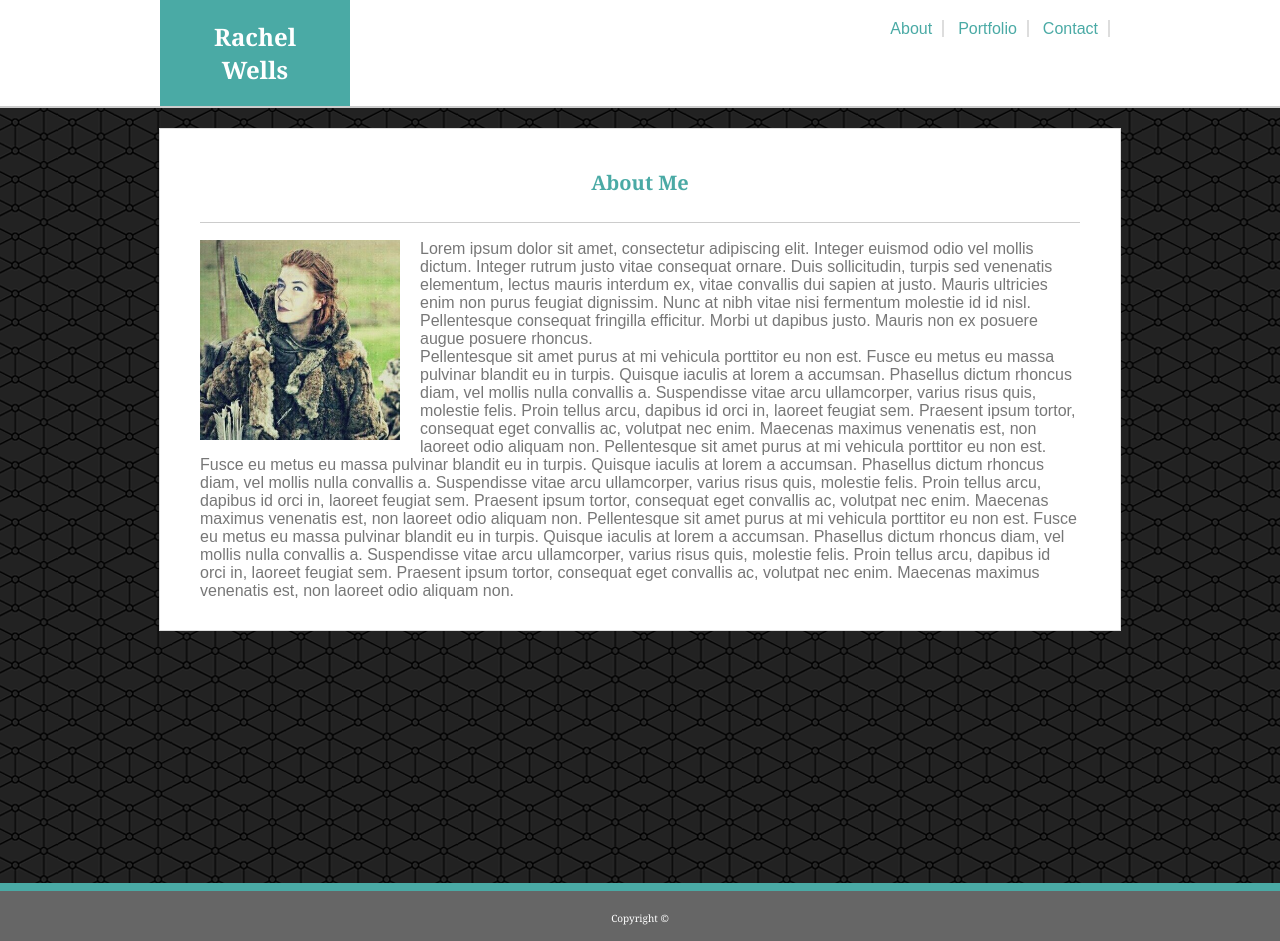
Repository: rachelsue/Responsive-Portfolio
Page: index.html
An editor plug-in stored every save of this project. The page is shown before and after a run of saves, followed by the edit.
The browser window is 1280 px wide. The pictures show the whole page.

Above is the page before, as saved 2018-12-10 21:13:33.

### index.html
<!DOCTYPE html>
<html lang="en">

<head>
    <meta charset="UTF-8">
    <meta name="viewport" content="width=device-width, initial-scale=1.0">
    <meta http-equiv="X-UA-Compatible" content="ie=edge">
    <meta name="viewport" content="width=device-width, initial-scale=1.0">
    <link rel="stylesheet" href="../Responsive-Portfolio/assets/css/style.css">
    <title>Bio</title>
</head>

<body>
    <!-- Name & Navigation -->
    <header>
        <section class="top cf">
            <div class="name">
                <h1 class="Rachel">Rachel Wells</h1>
            </div>

            <nav class="nav">
                <ul>
                    <li class="nav-li"><a href="index.html">About</a></li>
                    <li class="nav-li"><a href="portfolio.html">Portfolio</a></li>
                    <li class="nav-li"><a href="contact.html">Contact</a></li>
                </ul>
            </nav>
        </section>
    </header>

    <section class="background">
        <div class="container">
            <div class="content">

                <!-- Bio -->
                <h2>About Me</h2>
                <hr>

                <img class="bio-pic" src="/Users/rachelwells/Desktop/code/hw/Basic-Portfolio/assets/images/me.jpg">

                <div class="bio">
                    <p>Lorem ipsum dolor sit amet, consectetur adipiscing elit. Integer euismod odio vel mollis dictum.
                        Integer rutrum justo vitae consequat ornare. Duis sollicitudin, turpis sed venenatis elementum,
                        lectus mauris interdum ex, vitae convallis dui sapien at justo. Mauris ultricies enim non purus
                        feugiat dignissim. Nunc at nibh vitae nisi fermentum molestie id id nisl. Pellentesque
                        consequat fringilla efficitur. Morbi ut dapibus justo. Mauris non ex posuere augue posuere
                        rhoncus.
                    </p>
                    <p>Pellentesque sit amet purus at mi vehicula porttitor eu non est. Fusce eu metus eu massa
                        pulvinar blandit eu in turpis. Quisque iaculis at lorem a accumsan. Phasellus dictum rhoncus
                        diam, vel mollis nulla convallis a. Suspendisse vitae arcu ullamcorper, varius risus quis,
                        molestie felis. Proin tellus arcu, dapibus id orci in, laoreet feugiat sem. Praesent ipsum
                        tortor, consequat eget convallis ac, volutpat nec enim. Maecenas maximus venenatis est, non
                        laoreet odio aliquam non. Pellentesque sit amet purus at mi vehicula porttitor eu non est.
                        Fusce eu metus eu massa
                        pulvinar blandit eu in turpis. Quisque iaculis at lorem a accumsan. Phasellus dictum rhoncus
                        diam, vel mollis nulla convallis a. Suspendisse vitae arcu ullamcorper, varius risus quis,
                        molestie felis. Proin tellus arcu, dapibus id orci in, laoreet feugiat sem. Praesent ipsum
                        tortor, consequat eget convallis ac, volutpat nec enim. Maecenas maximus venenatis est, non
                        laoreet odio aliquam non. Pellentesque sit amet purus at mi vehicula porttitor eu non est.
                        Fusce eu metus eu massa
                        pulvinar blandit eu in turpis. Quisque iaculis at lorem a accumsan. Phasellus dictum rhoncus
                        diam, vel mollis nulla convallis a. Suspendisse vitae arcu ullamcorper, varius risus quis,
                        molestie felis. Proin tellus arcu, dapibus id orci in, laoreet feugiat sem. Praesent ipsum
                        tortor, consequat eget convallis ac, volutpat nec enim. Maecenas maximus venenatis est, non
                        laoreet odio aliquam non.
                    </p>
                </div>
            </div>
        </div>
    </section>

    <!-- Footer -->
    <footer class="footer">
        <p class="copyright">Copyright ©</p>
    </footer>
</body>

</html>

### assets/css/style.css
html, body, div, span, applet, object, iframe,
h1, h2, h3, h4, h5, h6, p, blockquote, pre,
a, abbr, acronym, address, big, cite, code,
del, dfn, em, img, ins, kbd, q, s, samp,
small, strike, strong, sub, sup, tt, var,
b, u, i, center,
dl, dt, dd, ol, ul, li,
fieldset, form, label, legend,
table, caption, tbody, tfoot, thead, tr, th, td,
article, aside, canvas, details, embed,
figure, figcaption, footer, header, hgroup,
menu, nav, output, ruby, section, summary,
time, mark, audio, video {
	margin: 0;
	padding: 0;
	border: 0;
	font-size: 100%;
	font: inherit;
	vertical-align: baseline;
}

header {
    color: #ffffff;
    width:100%;
    margin: 0 auto;
    border-bottom: solid #ccc 2px;
}

html, body {
    height:100%;
    margin:0; /*used for sticky footer*/
}

.background {
    background-image: url(../images/connectwork.png);
    padding: 20px 0 85px;
    margin: 0 auto -50px; /*stick footer*/
    min-height:100%; /*stick footer*/
}

.content {
    padding: 30px 40px 30px 40px;
}

        /*Headers*/

h1 {
    font-size: 24px;
    font-weight: bolder;
    font-family: Georgia, 'Times New Roman', Times, serif;
}

h2 {
    color:#4aaaa5;
    font-weight:bold;
    font-family:Georgia, 'Times New Roman', Times, serif;
    font-size:20px;
    padding:10px;
    text-align: center;
}

        /*Line*/

hr {
    display: block;
    height: 1px;
    border: 0;
    border-top: 1px solid #ccc;
    margin: 1em 0;
    padding: 0;
}

        /*Name*/

.top {
    max-width:960px;
    margin: 0 auto;
}

.name {
    float: left;
}

.Rachel {
    background-color: #4aaaa5;
    padding: 20px;
    color: white;
    width: 150px;
    text-align: center;
    font-family:Georgia, 'Times New Roman', Times, serif;
}

        /*Navigation*/

.nav {
    float: right;
}

nav a {
text-decoration: none;
color: #4aaaa5;
}

.nav-li {
    font-family: Arial, 'Helvetica Neue', Helvetica, sans-serif;
    display: inline;
    margin-right: 10px;
    padding-right: 10px;
    border-right: solid #dddddd 2px;
    position:relative;
    top: 20px;
}

        /*Bio Content*/

.container {
    max-width:960px;
    margin: 0px auto;
    background-color: white;
    border: solid #ddd 1px;
}

.bio-pic {
    float:left;
    width:200px;
    height: 200px;
    margin-right:20px;
    padding-bottom: 10px;
}

p {
    font-family: Arial, Helvetica, sans-serif;
    color: #777777;
}

        /*Footer & Clear*/

.footer {
    width:100%;
    text-align:center;
    background-color: #666;
    border-top: solid #4aaaa5 8px;
    bottom: 0px;
    clear:both;
    height: 50px;
}

.copyright {
    font-size: 10px;
    color:white;
    font-family: Georgia, 'Times New Roman', Times, serif;
    position:relative;
    padding-top:20px;
}

    /*Contact Styling*/

.input {
    padding: 5px 0px 5px;
    width:100%;
    font-family: Arial, 'Helvetica Neue', Helvetica, sans-serif;
    font-size: 12px;
    text-indent: 5px;
    resize:vertical;
}

textarea {
    height: 150px;
    width: 100%;
    border-color: #ddd;
}

.submit {
    font-family: Arial, 'Helvetica Neue', Helvetica, sans-serif;
    background-color: #4aaaa5;
    color: #fff;
    border: solid none 1px;
    margin-top: 10px;
    padding: 10px 25px 10px;
    font-size: 16px;
}

label {
    font-size: 16px;
    display:block;
    font-family: Arial, 'Helvetica Neue', Helvetica, sans-serif;
    padding: 10px 0 5px;
}

    /* Portfolio Styling*/

.cap {
    padding: 20px 70px 20px;
    font-family: Arial, 'Helvetica Neue', Helvetica, sans-serif;
    font-size: 16px;
    background-color: #4aaaa5;
    width: 140px;
    color:#fff;
    text-align: center;
    white-space: nowrap;
    position: absolute;
    bottom:45px;
}

.portfolio {
    padding: 20px 35px 20px 0px;
    max-width: 280px;
    margin-right:0;
    display: inline-block;
    position:relative;
}

img {
    width:280px;
    height:200px;
}



@media only screen and (min-width: 769) and (max-width: 980px) {
    .top {
        width:80%;
    }
}

@media only screen and (min-width: 641) and (max-width: 768px) {
    .top {
        width: 100%;
    }

    .container {
        width: 100%;
    }

}

@media only screen and (max-width: 640px) {

    header{
     position: static;
    }

    .top {
        width:100%;
        height:130px;
    }

    .container {
        width: 80%;
        position: relative;
        right:0;
    }

    .bio-pic {
        margin-left:15%;
        margin-right:5%;
        width:70%;
    }

    p {
        text-align: center;
    }

    .name {float:none;}

    .Rachel {width:100%;
    padding-right:50px;
    padding-left:5px;
    }

   .nav {

        width:100%;
    }

    .nav-li {

    margin-left:13%;
    padding-right:2%;
    }
}

.cf {
    clear:both;
    overflow:auto;
}

After the next 2 saves:
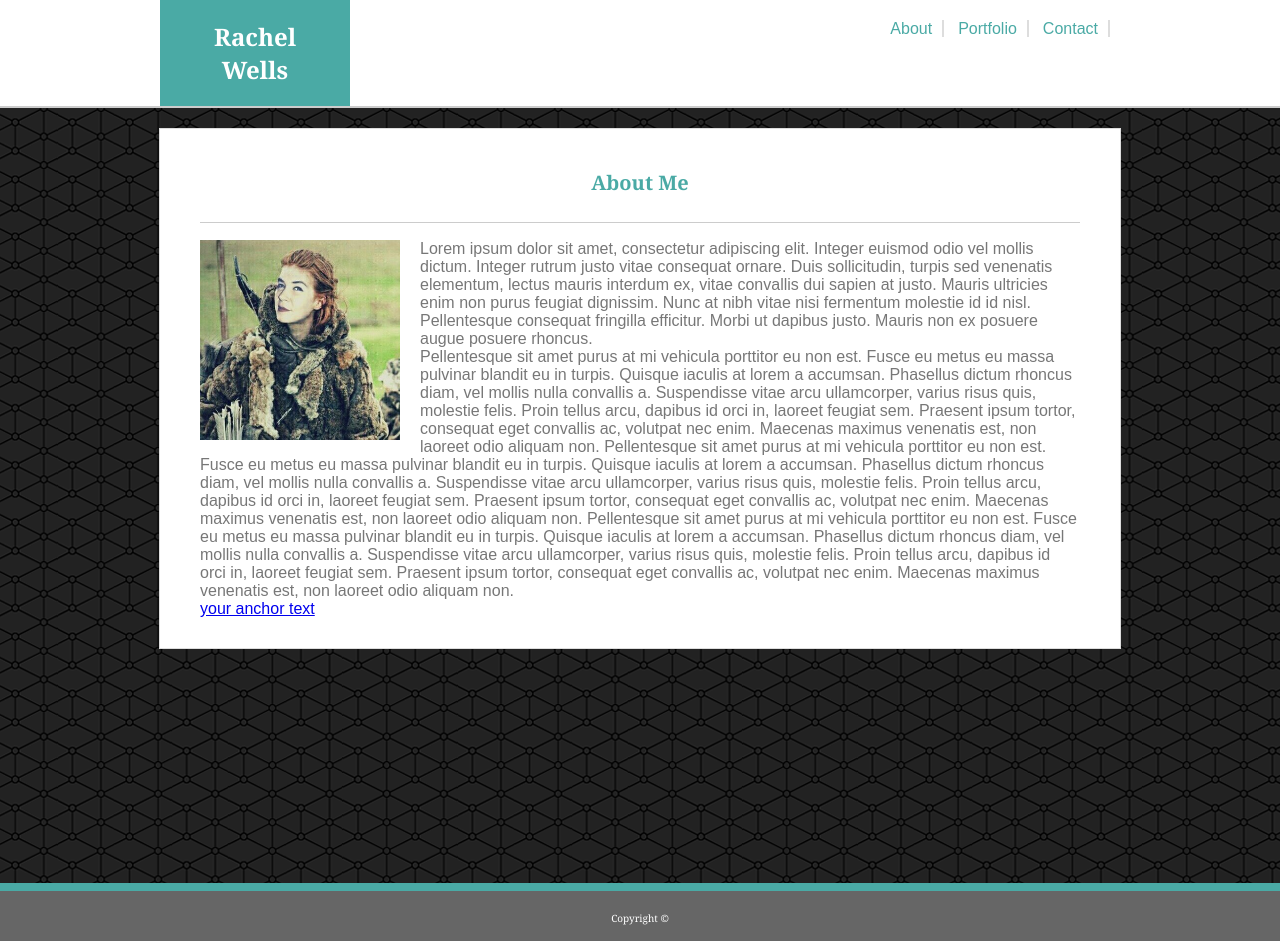
The 2 saves are shown as one change because they came seconds apart.
The last was saved 5 min 40 s later.
--- a/index.html
+++ b/index.html
@@ -64,6 +64,8 @@
                         molestie felis. Proin tellus arcu, dapibus id orci in, laoreet feugiat sem. Praesent ipsum
                         tortor, consequat eget convallis ac, volutpat nec enim. Maecenas maximus venenatis est, non
                         laoreet odio aliquam non.
+                        <br>
+                        <a href="mailto:example@email.com">your anchor text</a>
                     </p>
                 </div>
             </div>
